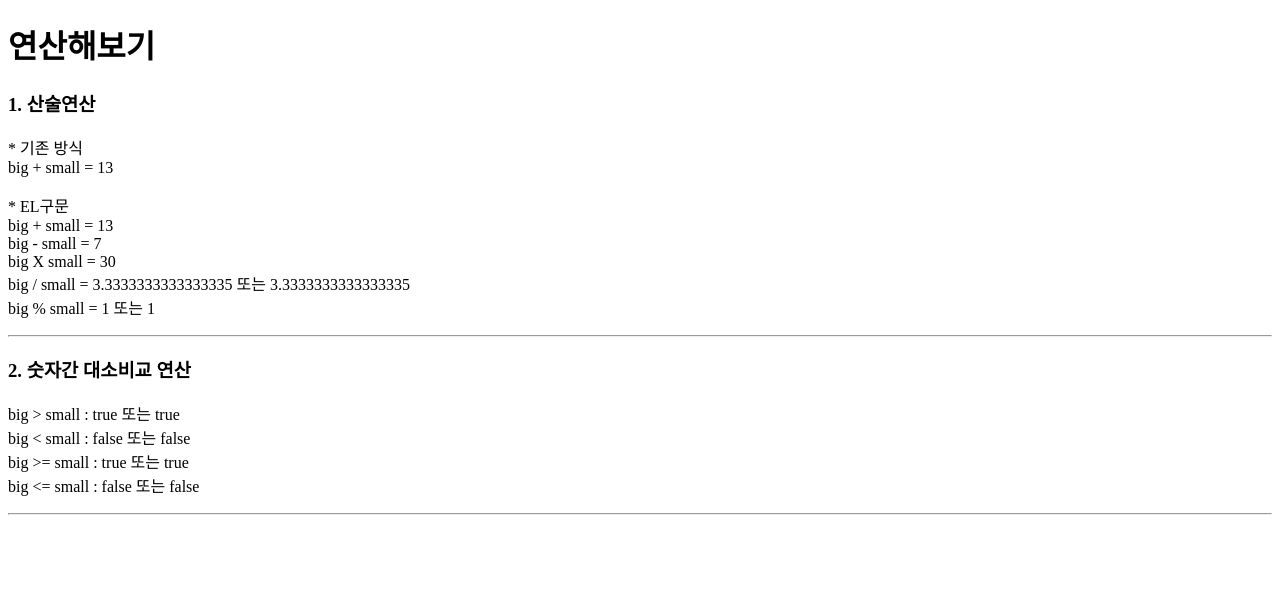
Repository: judeyong/myWebWorkSpace2
Page: http://localhost/Action_Project/operation.do
The author's editor kept a copy of each file at every save. The page is drawn from the files as they stood at one save, then again after the next save.
The browser window is 1280 px wide. The pictures show the whole page.
The page is served by Tomcat 9.

Above is the page before, as saved 2024-04-03 02:21:36.

After the next save:
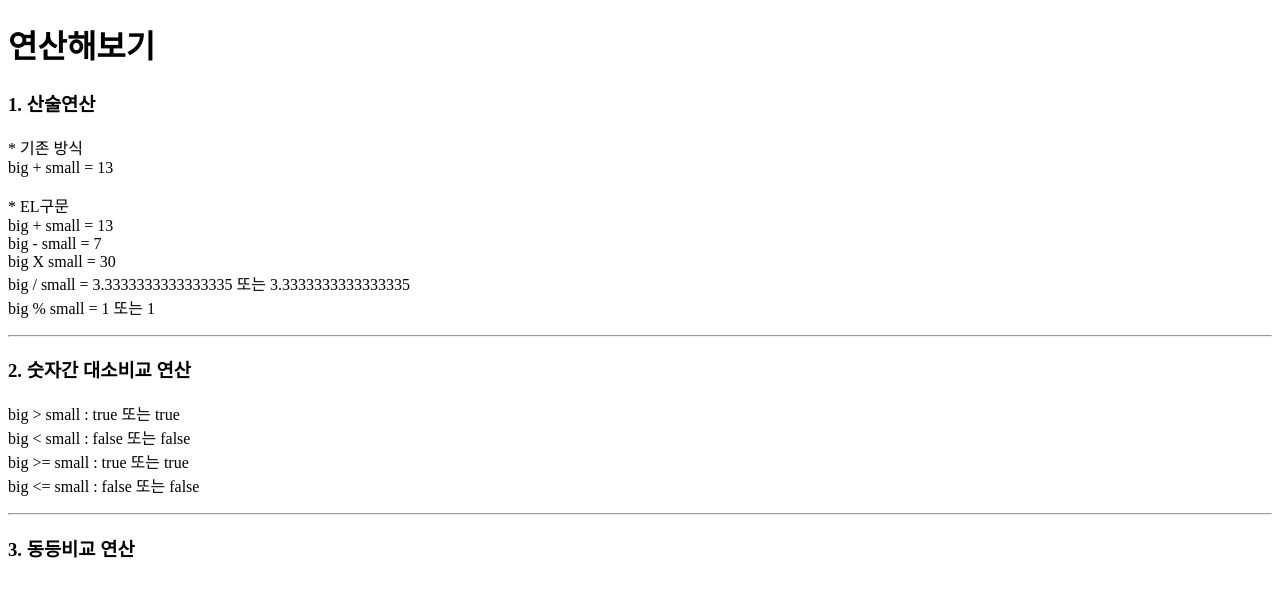
Saved 13 s later.
--- a/Action_Project/WebContent/views/02_elOperation.jsp
+++ b/Action_Project/WebContent/views/02_elOperation.jsp
@@ -38,7 +38,7 @@
 
 	<hr>
 
-
+	<h3>3. 동등비교 연산</h3>
 
 
 
